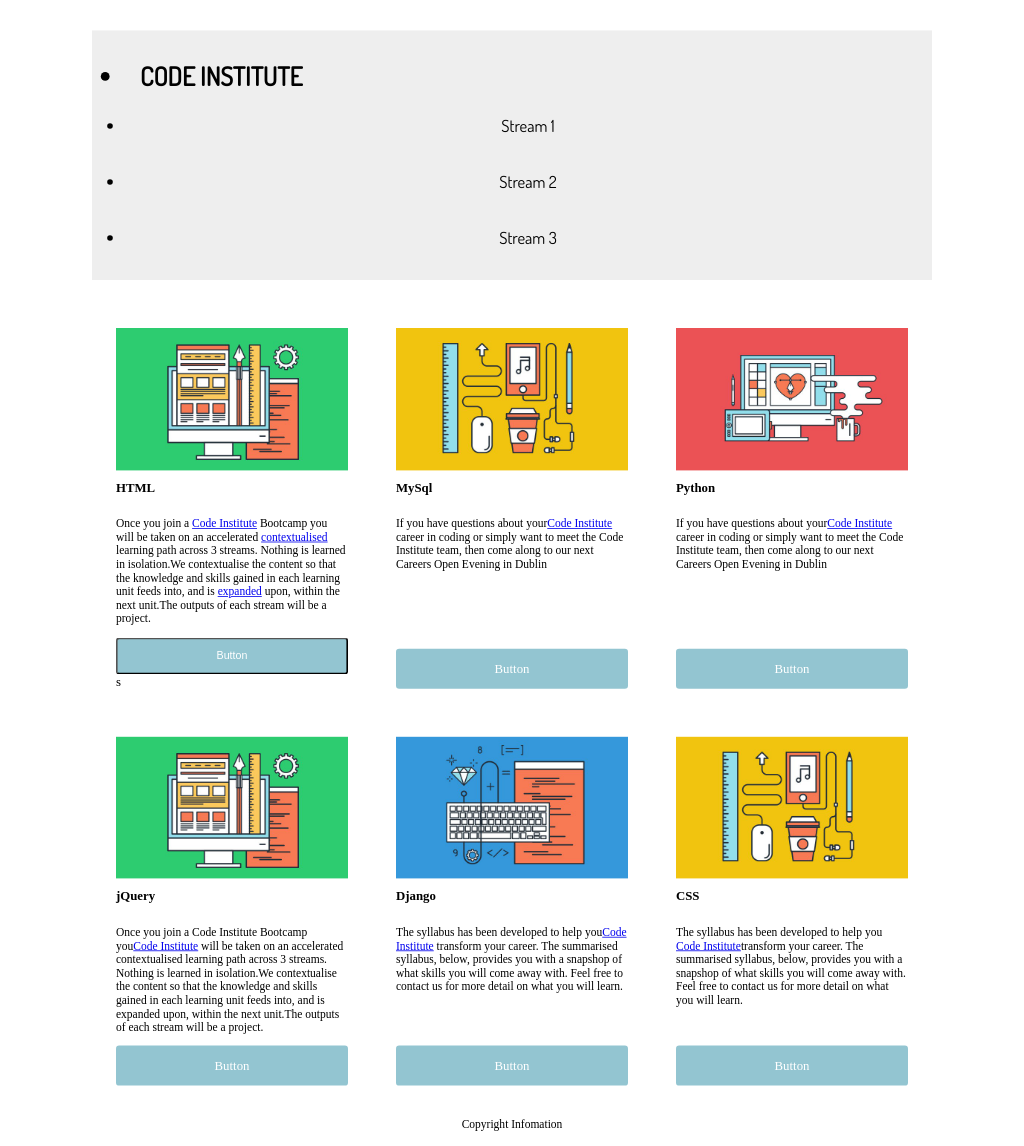
Repository: SOliv1/jquery-downloading-selectors
Page: index.html
The author's editor kept a record of every edit. The page is drawn from the files as they stood at one moment, then again after the next edit.
The browser window is 1280 px wide. The pictures show the whole page, at 80% of full size.
Some web libraries are served in a nearby version.

Above is the page before.

After the next edit:
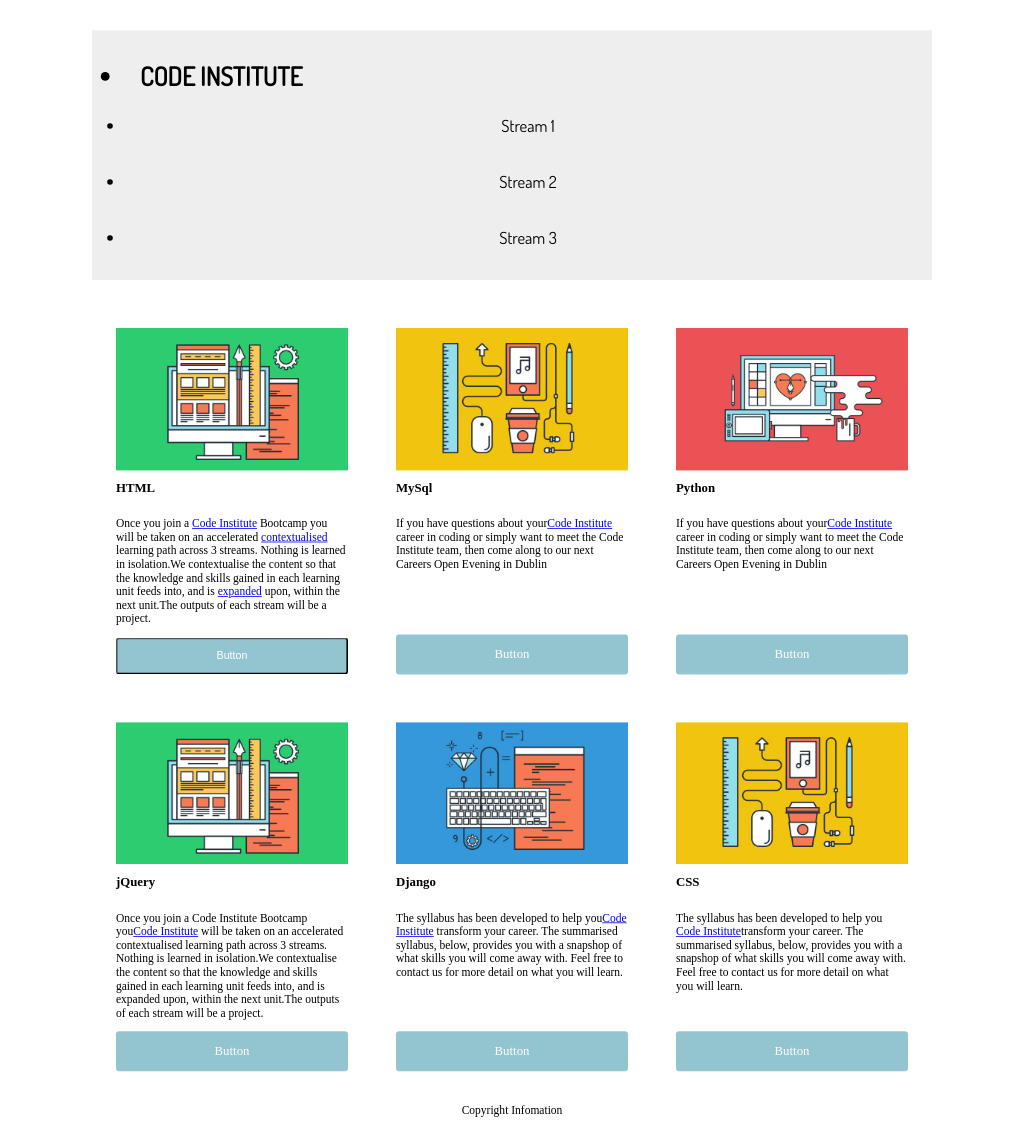
The edit:
--- a/index.html
+++ b/index.html
@@ -50,7 +50,7 @@
 
 				<button class="bottom_button">Button</button>
 
-			</div>s
+			</div>
 
 		</div>
 
